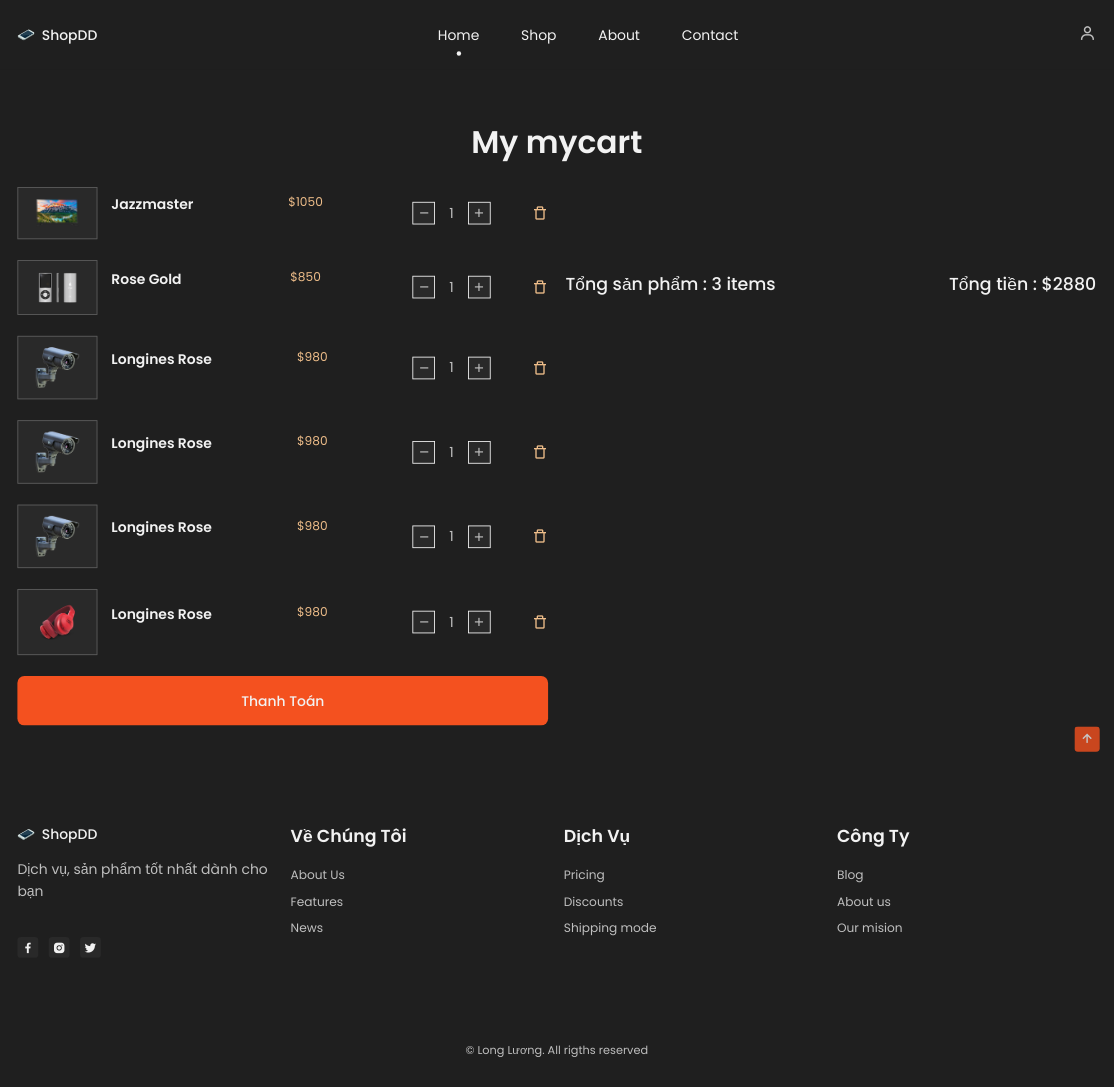
Repository: long5122000/Shopc
Page: mycart.html
These files come from the project's save history. The page is drawn as it stood at one moment and after the next save; the edit follows.
The browser window is 1280 px wide. The pictures show the whole page, at 87% of full size.
The style sheet was rebuilt from its Sass, Less or Tailwind sources for each picture, by a compiler version that may differ from the author's.

Above is the page before, as saved 2021-12-06 15:07:42.
Console error: TypeError: Cannot read properties of null (reading 'classList')

After the next save:
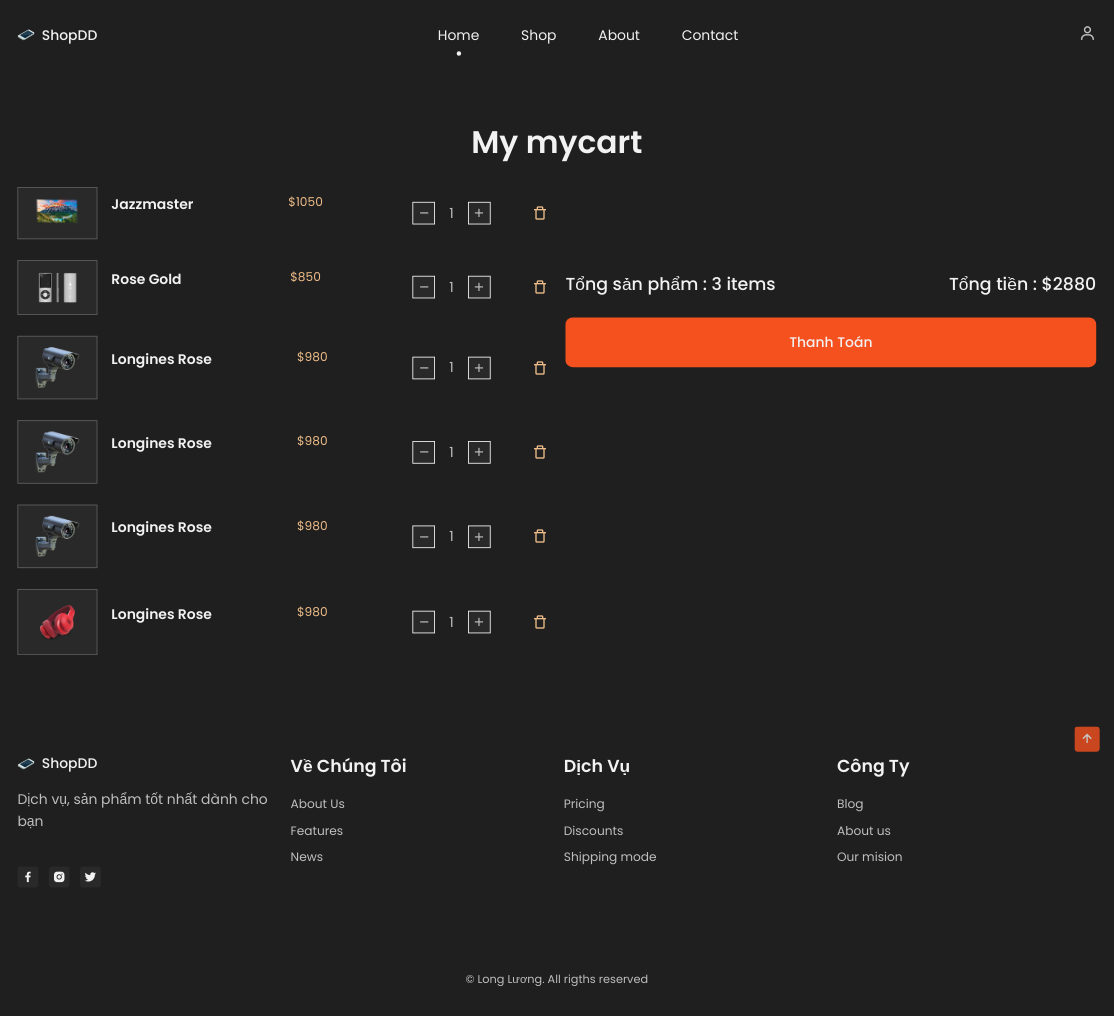
Saved 47 s later.
--- a/mycart.html
+++ b/mycart.html
@@ -233,12 +233,13 @@
               </div>
             </article>
           </div>
-
-          <div class="mycart__prices">
-            <span class="mycart__prices-item">Tổng sản phẩm : 3 items</span>
-            <span class="mycart__prices-total">Tổng tiền : $2880</span>
-          </div>
-          <a href="#!" class="button mycart__button">Thanh Toán</a>
+          <div class="mycart__check">
+            <div class="mycart__prices">
+              <span class="mycart__prices-item">Tổng sản phẩm : 3 items</span>
+              <span class="mycart__prices-total">Tổng tiền : $2880</span>
+            </div>
+            <a href="#!" class="button mycart__button">Thanh Toán</a>
+          </div>
         </div>
       </section>
     </main>
